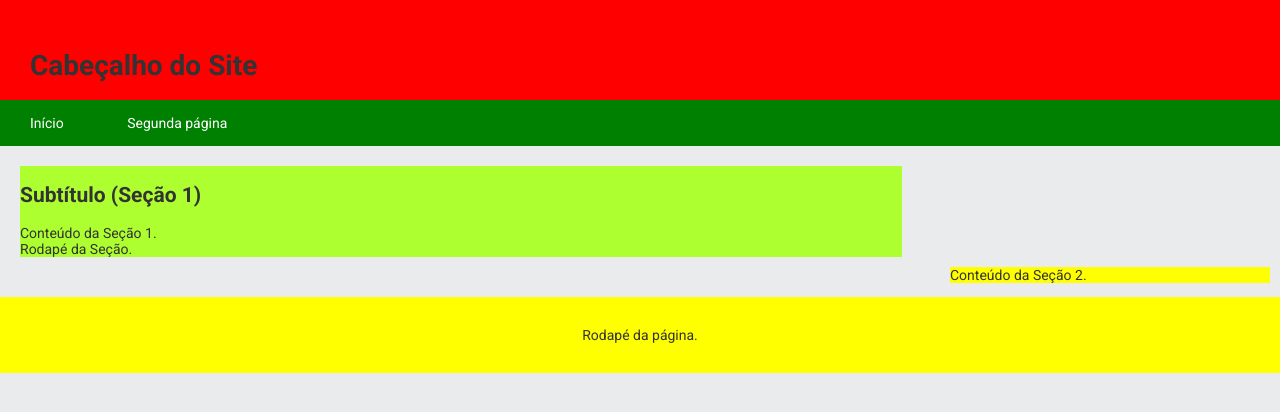
Repository: rrresck/pos_graduacao
Page: index.html
The author's editor kept a copy of each file at every save. The page is drawn from the files as they stood at one save, then again after the next save.
The browser window is 1280 px wide. The pictures show the whole page.

Above is the page before, as saved 2023-05-04 11:32:25.

### index.html
<!DOCTYPE html>
<html lang="pt-BR">
<head>
    <meta charset="UTF-8">
    <meta http-equiv="X-UA-Compatible" content="IE=edge">
    <meta name="viewport" content="width=device-width, initial-scale=1.0">
    <meta name="author" content="Rafael Rodrigues Resck">
    <meta name="description" content="Template inicial do HTML.">
    <link rel="stylesheet" href="css/styles.css">
    <title>Tema 5 - Bloco 1</title>
</head>
<body>
    <header class="cabecalho">
        <h1>Cabeçalho do Site</h1>
    </header>
    <nav class="menu">
        <ul>
            <li><a href="index.html">Início</a></li>
            <li><a href="#">Segunda página</a></li>
        </ul>
    </nav>
    <div class="row">
        <section id="secao1">
            <header>
                <h2>Subtítulo (Seção 1)</h2>
            </header>
            <article>
                Conteúdo da Seção 1.
            </article>
            <footer>
                Rodapé da Seção.
            </footer>
            <aside id="secao2">
                Conteúdo da Seção 2.
            </aside>
        </section>
    </div>
    <footer class="rodape">
        Rodapé da página.
    </footer>
</body>
</html>

### css/styles.css
@import url("https://fonts.googleapis.com/css?family=Roboto:400,500,700&display=swap");

body {
    margin: 0;
    padding: 0;
    font: 14px "Roboto", sans-serif;
    color: #333;
    background: #eaebec;
    -webkit-font-smoothing: antialiased !important;
}

.cabecalho {
    height: 40px;
    padding: 30px;
    text-align: left;
    background: red;
    overflow: hidden;
}

.menu {
    background-color: green;
    overflow: hidden;
}

.menu ul {
    margin-right: 10%;
    margin-left: 10%;
}

.menu ul, li {
    padding: 0;
    margin: 0;
}

.menu li, a {
    color: #ffffff;
    text-decoration: none;
    display: inline-block;
}

.menu a {
    padding: 15px 30px;
}

.menu a:hover {
    background-color: white;
    color: black;
}

.row {
    padding: 10px;
}

#secao1 {
    float: left;
    width: 70%;
    background-color: greenyellow;
    margin: 10px;
}

#secao2 {
    float: left;
    position: fixed;
    right: 0;
    width: 25%;
    background-color: yellow;
    margin: 10px;
}

.row::after {
    content: "";
    display: table;
    clear: both;
}

.rodape {
    padding: 30px;
    background: yellow;
    text-align: center;
    margin-top: 20px;
}

After the next save:
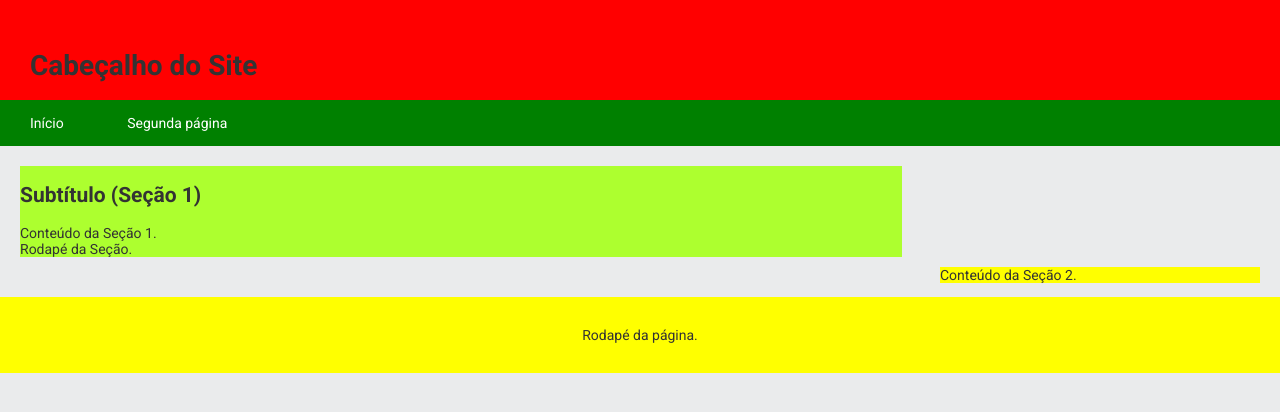
Saved 13 s later.
--- a/css/styles.css
+++ b/css/styles.css
@@ -61,7 +61,7 @@ body {
 #secao2 {
     float: left;
     position: fixed;
-    right: 0;
+    right: 10px;
     width: 25%;
     background-color: yellow;
     margin: 10px;
